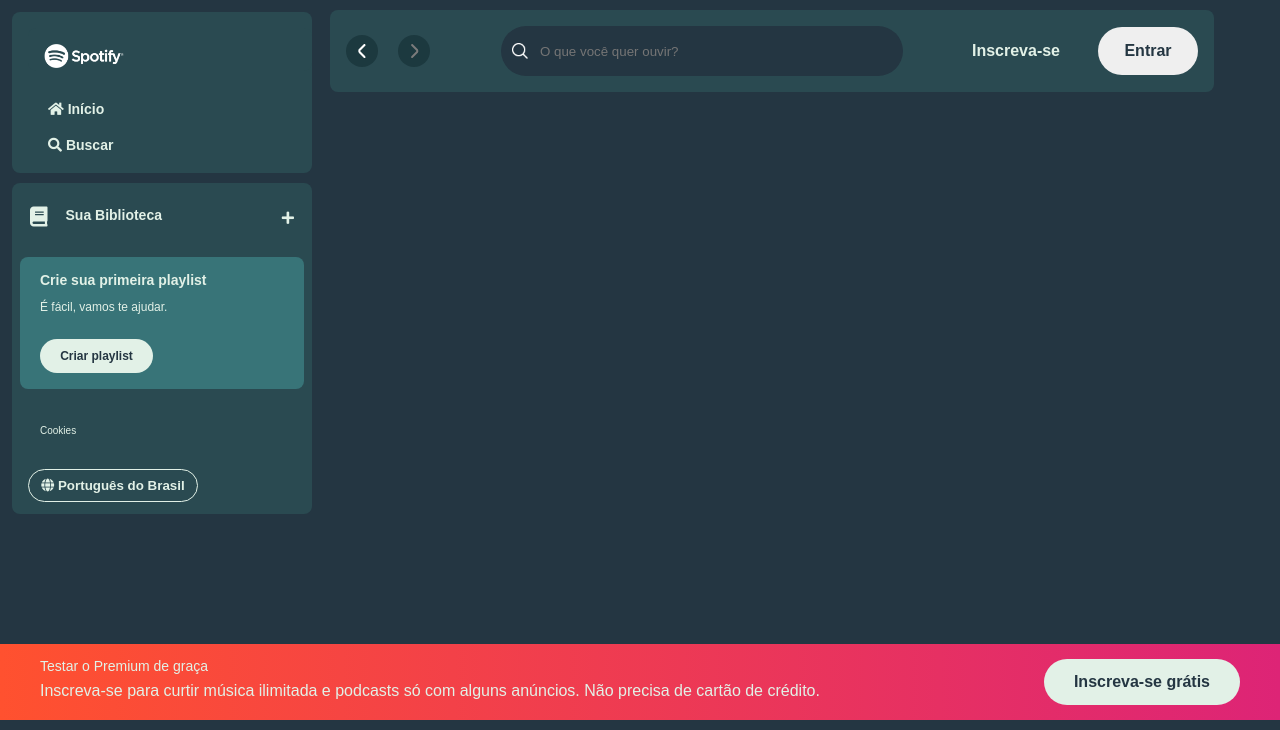
Repository: rafaazevedo-gs/Imers-o-Alura-Front-end
Page: index.html
These files come from the project's save history. The page is drawn as it stood at one moment and after the next save; the edit follows.
The browser window is 1280 px wide. The pictures show the whole page.

Above is the page before, as saved 2025-01-30 19:52:31.

### index.html
<!DOCTYPE html>
<html lang="pt-BR">
<head>
    <meta charset="UTF-8">
    <meta name="viewport" content="width=device-width, initial-scale=1.0">
    <title>Spotify</title>

    <link rel="stylesheet" href="./src/styles/reset.css">
    <link rel="stylesheet" href="./src/styles/vars.css">
    <link rel="stylesheet" href="./src/styles/sidebar-footer.css">
    <link rel="stylesheet" href="./src/styles/main-content.css">
    <link rel="stylesheet" href="https://use.fontawesome.com/releases/v5.15.4/css/solid.css"/>
    <link rel="stylesheet" href="https://use.fontawesome.com/releases/v5.15.4/css/fontawesome.css"/>

</head>
<body>
    <div class="sidebar">
        <nav class="sidebar__navigation">
            <div class="logo">
                <a href="">
                    <img src="./src/assets/icons/logo-spotify.png" alt="Spotify logo">
                </a>
                </div>
                    <ul>
                        <li>
                            <a href="">
                                <span class="fa fa-home"></span>
                                <span>Início</span>
                            </a>
                        </li>
                        <li>
                            <a href="">
                                <span class="fa fa-search"></span>
                                <span>Buscar</span>
                            </a>
                        </li>
                    </ul>
        </nav>
        <div class="library">
            <div class="library__content">
                <button class="library__button">
                    <span class="fa fas fa-book"></span>
                    <span>Sua Biblioteca</span>
                </button>
                <span class="fa fa-plus"></span>
        </div>

        <section class="section-playlist">
            <div class="section-playlist__content">
                <span class="text title">Crie sua primeira playlist</span>
                <span class="text subtitle">É fácil, vamos te ajudar.</span>
                <button class="section-playlist__button">
                    <span>Criar playlist</span>
                </button>
            </div>
        </section>
        <div class="cookies">
            <a href="">Cookies</a>
        </div>
        <div class="languages">
            <button class="languages__button">
                <span class="fa fa-globe"></span>
                <span>Português do Brasil</span>
            </button>
        </div>
    </div>
</div>

<main>
    <div class="main-container">
        <nav class="header__navigation">
            <div class="navigation">
                <button class="arrow-left">
                    <img src="./src/assets/icons/small-left.png" alt="Seta esquerda">
                </button>
                <button class="arrow-right">
                    <img src="./src/assets/icons/small-right.png" alt="Seta direita">
                </button>
            </div>
            <div class="header__search">
                <img src="./src/assets/icons/search.png" alt="">
                <input id="search-input" type="text" maxlength="800" placeholder="O que você quer ouvir?" />
            </div>
            <div class="header__login">
                <button class="subscribe">Inscreva-se</button>
                <button class="login">Entrar</button>
            </div>
        </nav>
    </div>
</main>

    <footer class="disclaimer-premium">
        <div class="text">
            <p class="disclaimer-premium__title">Testar o Premium de graça</p>
            <p class="disclaimer-premium__subtitle">Inscreva-se para curtir música ilimitada e podcasts só com alguns anúncios. Não precisa de cartão de crédito.</p>
        </div>
        <div class="button">
            <button type="button">Inscreva-se grátis</button>
        </div>
    </footer>

</body>
</html>

### src/styles/vars.css
:root {
/* FONT */
--font-dm-sans: 'DM Sans', sans-serif;

/*COLORS*/
--bg-icon: #2a4a51;
--bg-arrow-color: rgba(23, 50, 56, 0.7);
}

### src/styles/sidebar-footer.css
body {
    background-color: #243642;
    font-family: var(--font-dm-sans)
}

.sidebar {
    position: fixed;
    top: 0;
    left: 0;
    bottom: 0;
    padding: 12px;
    width: 300px;
}

.sidebar__navigation {
    background-color: #2a4a51;
    border-radius: 8px;
    padding: 16px 0 0 16px;
}

.sidebar__navigation .logo {
    background: #2a4a51;
    display: flex;
    border-radius: 8px;
    padding: 16px 0 0 16px;
}

.sidebar__navigation .logo img {
    width: 80px;

}

.sidebar ul li {
    padding: 10px 0;
}

.sidebar nav ul {
    margin-top: 20px;
    padding: 0 20px 10px 20px;
}

.sidebar nav ul li a {
    color: #E2F1E7;
    text-decoration: none;
    font-weight: 600;
    font-size: 14px;
}

.library {
    background-color: #2a4a51;
    border-radius: 8px;
    display: flex;
    justify-content: space-between;
    flex-direction: column;
    padding: 4px 8px;
    color: #E2F1E7;
    font-weight: 600;
    font-size: 14px;
    margin-top: 10px;
}

.library .library__content {
    display: flex;
    justify-content: space-between;
}

.library .library__button {
    display: flex;
    margin-right: 10px;
    color: #E2F1E7;
    background-color: transparent;
    border: 0px;
    font-size: 14px;
    font-weight: 700;
    text-align: center;
    text-decoration: none;
    text-transform: none;
    padding: 20px 10px;
}

.library .library__button .fa{
    font-size: 20px;
    font-weight: 300;
    color: #E2F1E7;
    margin-right: 10px;
    padding-right: 8px;
}

.library .library__content .fa-plus {
    margin: 24px 10px;
}

.section-playlist {
    display: flex;
    align-items: flex-start;
    justify-content: space-between;
    gap: 20px;
    background-color: #387478;
    border-radius: 8px;
    color: #E2F1E7;
    font-weight: 600;
    font-size: 14px;
    margin: 8px 0px;
    padding: 16px 20px;
}

.section-playlist .section-playlist__content {
    display: flex;
    flex-direction: column;
}

.section-playlist__content .text {
    padding-bottom: 14px;
    color: #E2F1E7;
}

.section-playlist__content .title {
    font-weight: 700;
}

.section-playlist__content .subtitle {
    font-weight: 500;
    font-size: 12px;
}

.section-playlist__content .section-playlist__button {
    display: flex;
    justify-content: center;
    background-color:#E2F1E7;
    color:#243642;
    border-radius: 20px;
    font-size: 12px;
    font-weight: 700;
    text-decoration: none;
    text-transform: none;
    padding: 10px;
    border: 0px;
    width: 113px;
    margin-top: 12px;
}

.sidebar .cookies {
    margin: 25px 20px;

}

.sidebar .cookies a {
    color: #E2F1E7;
    font-weight: 500;
    font-size: 10px;
    text-decoration: none;
}

.sidebar .cookies a:hover {
    text-decoration: underline;
}

.languages .languages__button {
    background-color:transparent;
    border: 1px solid #E2F1E7;
    border-radius: 20px;
    color: #E2F1E7;
    cursor: pointer;
    align-items: center;
    font-weight: bold;
    width: 170px;
    margin: 8px;
    padding: 8px;
}

.disclaimer-premium {
    position: fixed;
    bottom: 0;
    left: 0;
    right: 0;
    background:linear-gradient(to right, #ff512f, #dd2476);
    padding: 15px 40px;
    display: flex;
    justify-content: space-between;
}

.disclaimer-premium .tex {
    flex-shrink: 0;
}

.disclaimer-premium .disclaimer-premium__title {
    color: #E2F1E7;
    font-weight: 400;
    font-size: 14px;
    margin-bottom: 10px;
}

.disclaimer-premium .disclaimer-premium__subtitle {
    color: #E2F1E7;
    font-weight: 500;
    font-size: 16px;
}

.disclaimer-premium button {
    background-color: #E2F1E7;
    color:#243642;
    font-size: 16px;
    font-weight: bold;
    padding: 14px 30px;
    border: 0px;
    border-radius: 40px;
    cursor: pointer;
    flex-shrink: 0;
}

### src/styles/main-content.css
/* HEADER */

.main-container {
    max-width: 80vw;
    height: 100vh;
    margin-left: 320px;
    margin-right: 56px;
}

.header__navigation {
    display: flex;
    justify-content: space-between;
    align-items: center;
    padding: 16px;
    margin: 10px;
    border-radius: 8px;
    background-color: #2a4a51;
}

.header__navigation .navigation {
    display: flex;
    justify-content:space-around;
    align-items: center;
}

.header__navigation .navigation .arrow-left {
    margin-right: 1.25rem;
}

.arrow-left, .arrow-right {
    display: flex;
    align-items: center;
    justify-content: center;
    width: 32px;
    height: 32px;
    background: var(--bg-icon);
    background-color: var(--bg-arrow-color);
    border-radius: 50%;
    border: none;
    cursor: pointer;
}

.header__login {
    display: flex;
    align-items: center;
}

.header__search {
    display: flex;
    align-items: center;
    width: 400px;
    height: 48px;
    margin-left: 8px;
    background-color: #243642;
    border-radius: 500px;
    border: 1px solid transparent;
}

.header__search img {
    width: 16px;
    height: 16px;
    margin-left: 10px;
}

.header__search input {
    background: transparent;
    border: none;
    padding: 0px 100px 0px 12px;
    color:#E2F1E7;
    text-overflow: ellipsis;
    overflow: hidden;
    white-space: nowrap;
    outline: none;
}

.header__login .subscribe {
    color: #E2F1E7;
    font-size: 16px;
    font-weight: 700;
    background-color: transparent;
    margin-right: 32px;
    border: none;
}

.header__login .login {
    width: 100px;
    height: 48px;
    color: #243642;
    font-size: 16px;
    font-weight: 700;
    border-radius: 40px;
    border: none;
    cursor: pointer;
}

Loaded but not shown: src/styles/reset.css (common file)

After the next save:
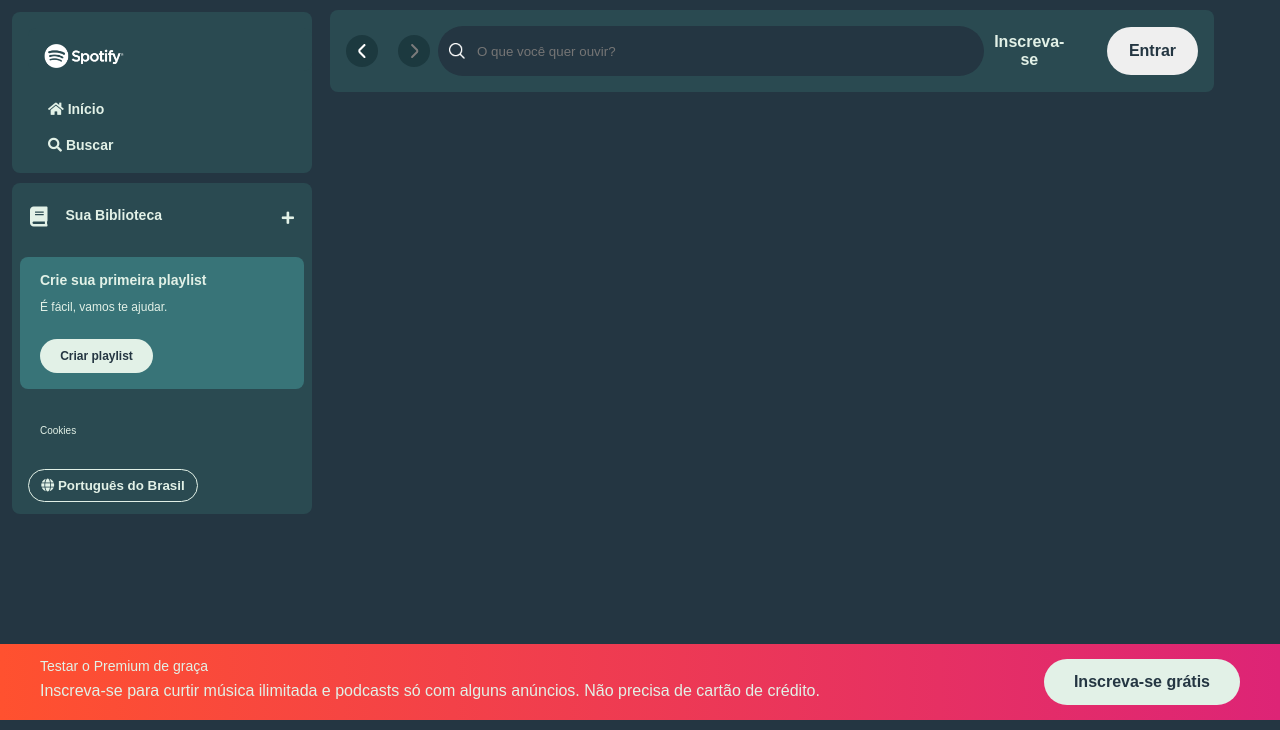
Saved 21 s later.
--- a/src/styles/main-content.css
+++ b/src/styles/main-content.css
@@ -48,7 +48,7 @@
 .header__search {
     display: flex;
     align-items: center;
-    width: 400px;
+    width: 700px;
     height: 48px;
     margin-left: 8px;
     background-color: #243642;
